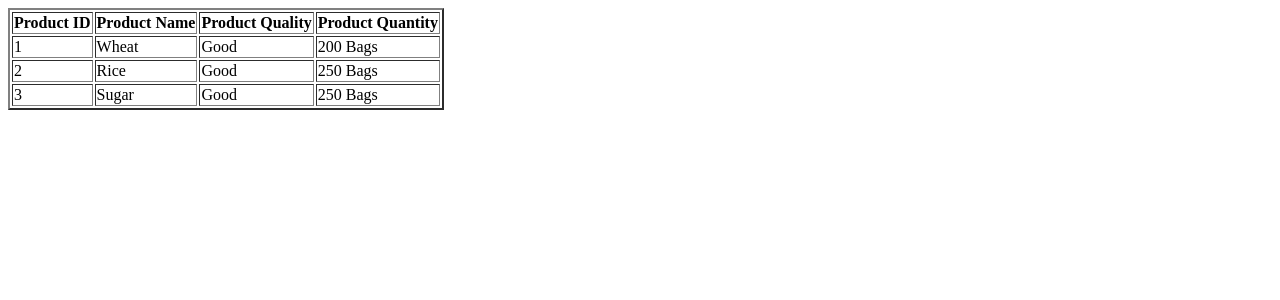
Repository: pranavi481/Assignments
Page: Tables.html
The author's editor kept a record of every edit. The page is drawn from the files as they stood at one moment, then again after the next edit.
The browser window is 1280 px wide. The pictures show the whole page.

Above is the page before.

### Tables.html
<!doctype html>
<html>
    <head>
        <meta charset = "utf-8">
        <title> Table </title>
    </head>
    <body>
        <table border= "2">
            <tr>
                <th>Product ID</th>
                <th>Product Name</th>
                <th>Product Quality</th>
                <th>Product Quantity</th>

            </tr>
            <tr>
                <td>1</td>
                <td>Wheat</td>
                <td>Good</td>
                <td>200 Bags</td>
            </tr>
            <tr>
                <td>2</td>
                <td>Rice</td>
                <td>Good</td>
                <td>250 Bags</td>
            </tr>
            <tr>
                <td>3</td>
                <td>Sugar</td>
                <td>Good</td>
                <td>250 Bags</td>
            </tr>
        </table>
    </body>
</html>

After the next edit:
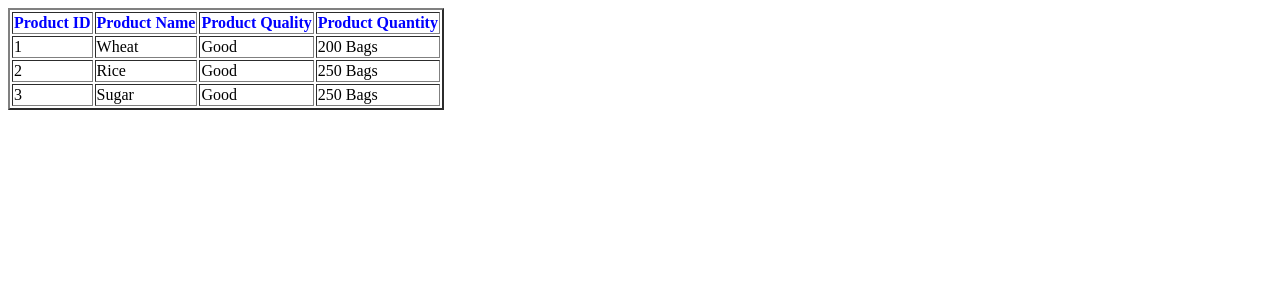
The edit:
--- a/Tables.html
+++ b/Tables.html
@@ -6,7 +6,7 @@
     </head>
     <body>
         <table border= "2">
-            <tr>
+            <tr style ="color: blue">
                 <th>Product ID</th>
                 <th>Product Name</th>
                 <th>Product Quality</th>
